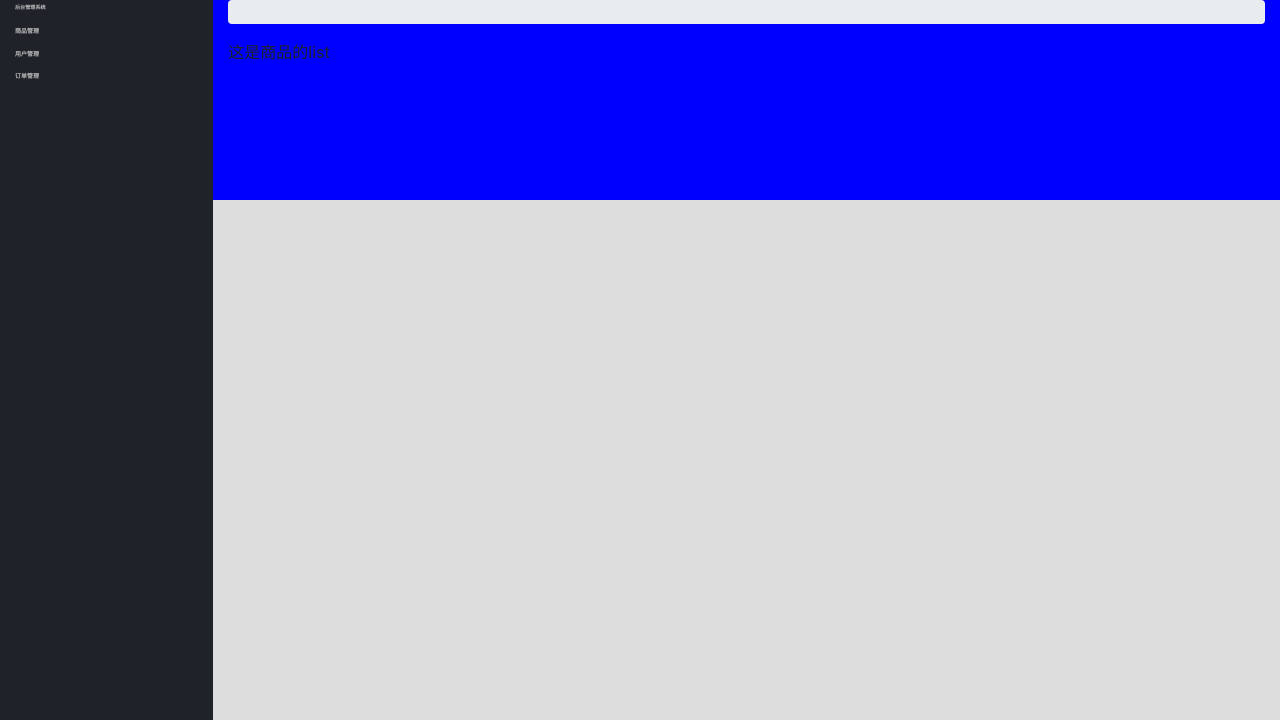
Repository: Rayfang0719/Vue-admin
Page: /admin/goods/list
These files come from the project's save history. The page is drawn as it stood at one moment and after the next save; the edit follows.
The browser window is 1280 px wide. The pictures show the whole page.
The project was rebuilt for these pictures with package versions that can differ from the ones it lists, and the page was loaded fresh each time. Also part of the build but not shown: vue.config.js, src/pages/login.vue.

Above is the page before, as saved 2019-05-11 16:06:34.

After the next save:
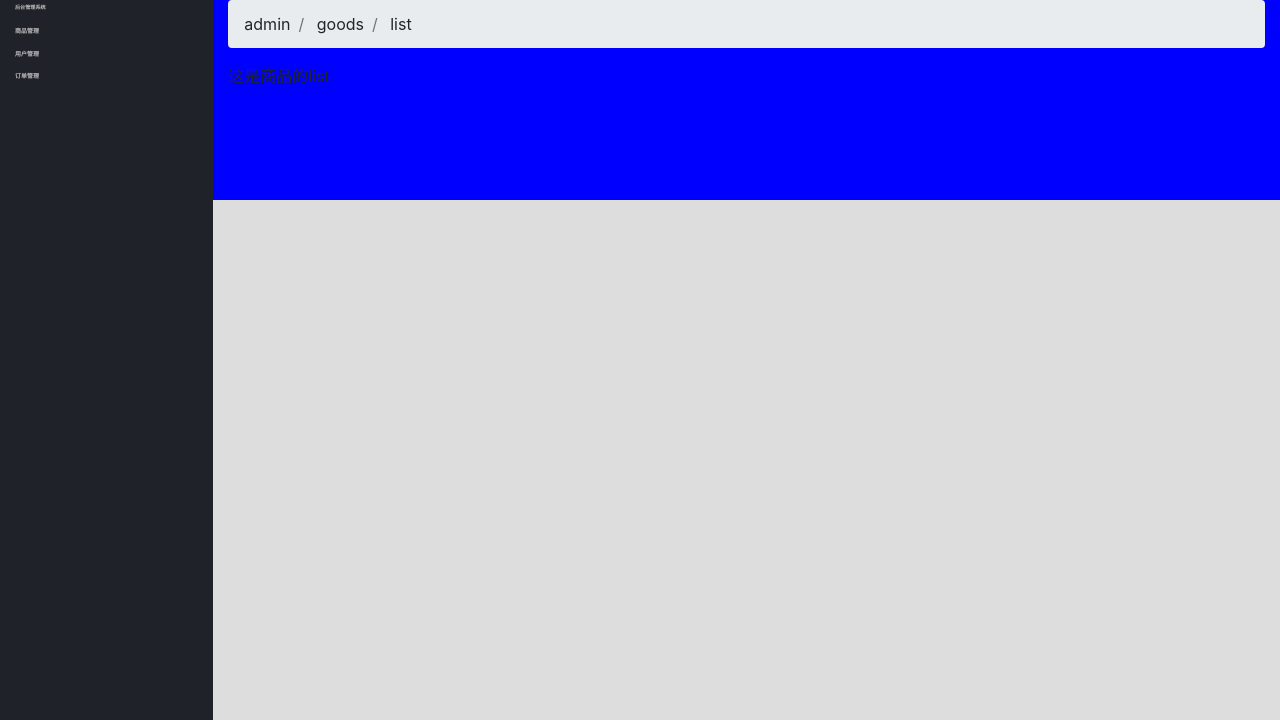
Saved 20 s later.
--- a/src/pages/admin/admin.vue
+++ b/src/pages/admin/admin.vue
@@ -55,7 +55,7 @@ import $ from "jquery";
 export default {
   data() {
     return {
-      paths:[]
+
     }
   },
   computed:{
